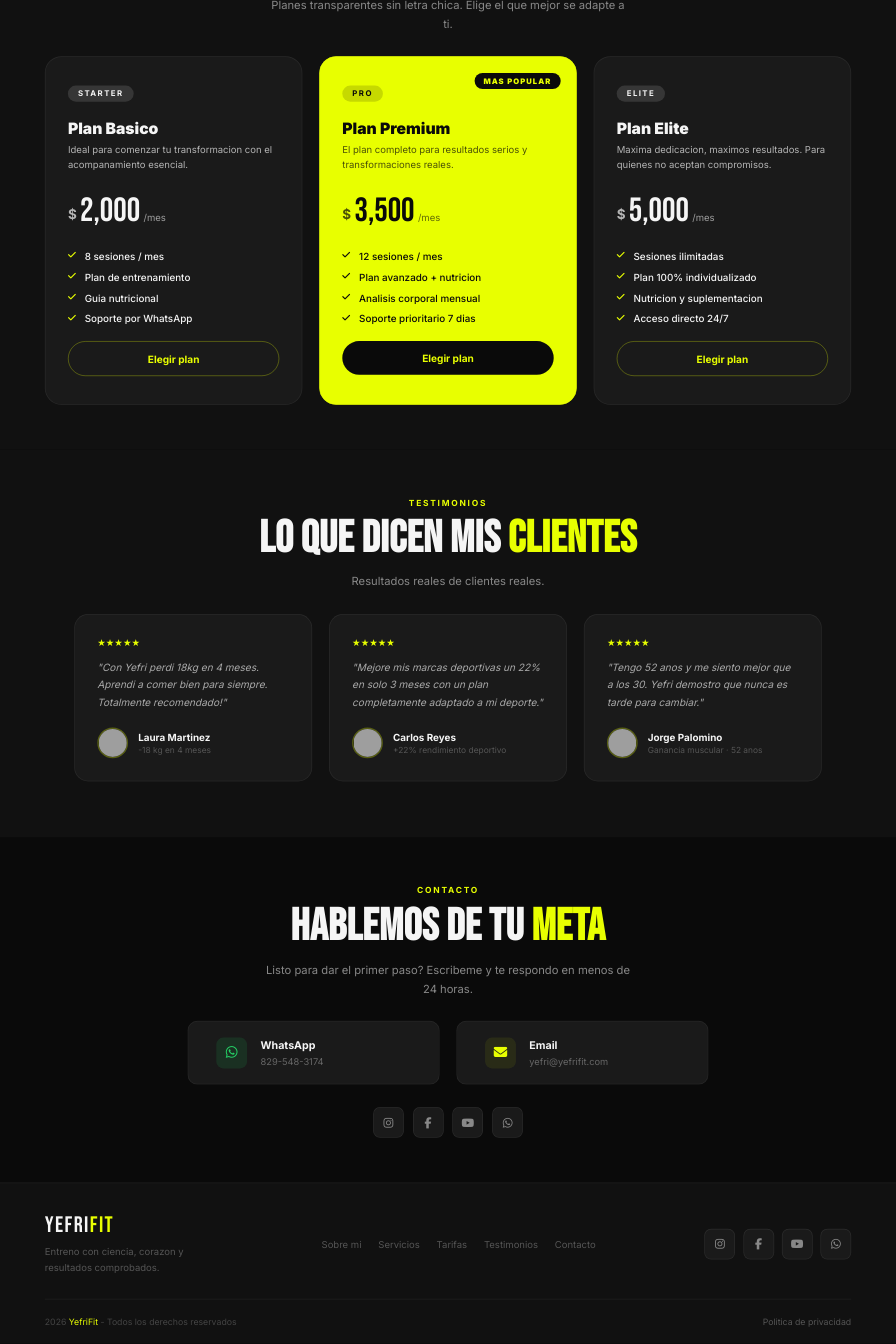
Repository: GravielPV/Yefri-Fit
Page: index.html
These files come from the project's save history. The page is drawn as it stood at one moment and after the next save; the edit follows.
The browser window is 1280 px wide. The pictures show the part of the page from y = 2525 to 4445 px (the page is 4445 px tall), at 70% of full size.
Pictures or frames that could not be fetched are drawn as grey boxes.

Above is the page before, as saved 2026-03-04 22:47:06.

### index.html
<!doctype html>
<html lang="es">
  <head>
    <meta charset="UTF-8" />
    <meta name="viewport" content="width=device-width, initial-scale=1.0" />
    <title>Yefri Fit | Entrenador Personal</title>
    <!-- Fonts -->
    <link
      href="https://fonts.googleapis.com/css2?family=Bebas+Neue&family=Inter:wght@300;400;500;600;700;900&display=swap"
      rel="stylesheet"
    />
    <!-- Icons -->
    <link
      rel="stylesheet"
      href="https://cdnjs.cloudflare.com/ajax/libs/font-awesome/6.5.0/css/all.min.css"
    />
    <!-- Styles -->
    <link rel="stylesheet" href="styles.css" />
  </head>
  <body>
    <!-- NAVBAR -->
    <nav id="navbar">
      <a href="#hero" class="logo">YEFRI<span>FIT</span></a>
      <ul class="nav-links" id="navLinks">
        <li><a href="#about">Sobre mi</a></li>
        <li><a href="#services">Servicios</a></li>
        <li><a href="#pricing">Tarifas</a></li>
        <li><a href="#testimonials">Testimonios</a></li>
        <li><a href="#contact">Contacto</a></li>
      </ul>
      <a href="#contact" class="nav-cta">Empezar ahora</a>
      <div class="hamburger" id="hamburger">
        <span></span><span></span><span></span>
      </div>
    </nav>

    <!-- HERO -->
    <section id="hero">
      <div class="hero-bg"></div>
      <div class="hero-overlay"></div>
      <div class="hero-content">
        <div class="hero-badge">
          <i class="fa-solid fa-bolt"></i>
          Entrenador Personal Certificado
        </div>
        <h1 class="hero-title">
          TRANSFORMA TU <span>CUERPO,</span><br />
          CAMBIA TU VIDA.
        </h1>
        <p class="hero-sub">
          Entrenamiento personalizado, nutricion y mentoria continua. Todo lo
          que necesitas para transformarte de verdad.
        </p>
        <div class="hero-btns">
          <a href="#pricing" class="btn-primary"
            ><i class="fa-solid fa-rocket"></i>Ver tarifas</a
          >
          <a href="#about" class="btn-outline"
            ><i class="fa-solid fa-play"></i>Conoce mas</a
          >
        </div>
      </div>
      <div class="hero-stats">
        <div class="stat-card">
          <div class="stat-num" data-count="500">
            500<span class="suffix">+</span>
          </div>
          <div class="stat-lbl">Clientes<br />transformados</div>
        </div>
        <div class="stat-card">
          <div class="stat-num" data-count="5">5</div>
          <div class="stat-lbl">Anos de<br />experiencia</div>
        </div>
        <div class="stat-card">
          <div class="stat-num" data-count="98">
            98<span class="suffix">%</span>
          </div>
          <div class="stat-lbl">Indice de<br />satisfaccion</div>
        </div>
      </div>
    </section>

    <!-- ABOUT -->
    <section id="about">
      <div class="about-grid">
        <div class="about-img-wrap">
          <video
            class="about-img"
            src="ejercicio.mp4"
            autoplay
            muted
            loop
            playsinline
          ></video>
          <div class="about-badge">
            <div class="num">500+</div>
            <div class="txt">Clientes<br />transformados</div>
          </div>
        </div>
        <div class="about-text">
          <span class="section-tag">Sobre mi</span>
          <h2 class="section-title">YEFRI <span>RODRIGUEZ</span></h2>
          <p class="section-desc">
            Soy entrenador personal certificado con mas de 5 anos de experiencia
            ayudando a personas a alcanzar sus metas fisicas y de salud. No
            vendo promesas: entrego metodologia probada y la motivacion que
            necesitas para no rendirte.
          </p>
          <a href="#contact" class="btn-primary btn-consult">
            <i class="fa-solid fa-calendar-check"></i>Agendar consulta gratuita
          </a>
        </div>
      </div>
    </section>

    <!-- SERVICES -->
    <section id="services">
      <div class="section-header">
        <span class="section-tag">Servicios</span>
        <h2 class="section-title">LO QUE <span>OFREZCO</span></h2>
        <p class="section-desc">
          Una suite completa de servicios para que logres tus objetivos sin
          importar donde estes.
        </p>
      </div>
      <div class="services-grid">
        <div class="service-card">
          <div class="srv-icon"><i class="fa-solid fa-dumbbell"></i></div>
          <h3 class="srv-title">Entrenamiento Presencial</h3>
          <p class="srv-desc">
            Sesiones 1 a 1 con supervision total de tecnica, cargas y
            progresion.
          </p>
        </div>
        <div class="service-card">
          <div class="srv-icon"><i class="fa-solid fa-laptop"></i></div>
          <h3 class="srv-title">Entrenamiento Online</h3>
          <p class="srv-desc">
            Programa personalizado con seguimiento semanal. Entrena desde
            cualquier lugar.
          </p>
        </div>
        <div class="service-card">
          <div class="srv-icon"><i class="fa-solid fa-utensils"></i></div>
          <h3 class="srv-title">Plan Nutricional</h3>
          <p class="srv-desc">
            Estrategia alimentaria adaptada a tus objetivos. Sin dietas
            imposibles.
          </p>
        </div>
        <div class="service-card">
          <div class="srv-icon"><i class="fa-solid fa-people-group"></i></div>
          <h3 class="srv-title">Grupos Reducidos</h3>
          <p class="srv-desc">
            Clases de max. 6 personas con intensidad personalizada a precio
            accesible.
          </p>
        </div>
      </div>
    </section>

    <!-- PRICING -->
    <section id="pricing">
      <div class="section-header">
        <span class="section-tag">Tarifas</span>
        <h2 class="section-title">INVERSION EN <span>TI</span></h2>
        <p class="section-desc">
          Planes transparentes sin letra chica. Elige el que mejor se adapte a
          ti.
        </p>
      </div>
      <div class="pricing-grid">
        <!-- BASICO -->
        <div class="price-card">
          <span class="plan-badge">Starter</span>
          <h3 class="plan-name">Plan Basico</h3>
          <p class="plan-desc">
            Ideal para comenzar tu transformacion con el acompanamiento
            esencial.
          </p>
          <div class="plan-price">
            <span class="price-curr">$</span>
            <span class="price-amount">2,000</span>
            <span class="price-per">/mes</span>
          </div>
          <ul class="plan-features">
            <li><i class="fa-solid fa-check"></i> 8 sesiones / mes</li>
            <li><i class="fa-solid fa-check"></i> Plan de entrenamiento</li>
            <li><i class="fa-solid fa-check"></i> Guia nutricional</li>
            <li><i class="fa-solid fa-check"></i> Soporte por WhatsApp</li>
          </ul>
          <a href="#contact" class="btn-plan">Elegir plan</a>
        </div>
        <!-- PREMIUM -->
        <div class="price-card featured">
          <span class="popular-tag">Mas popular</span>
          <span class="plan-badge">Pro</span>
          <h3 class="plan-name">Plan Premium</h3>
          <p class="plan-desc">
            El plan completo para resultados serios y transformaciones reales.
          </p>
          <div class="plan-price">
            <span class="price-curr">$</span>
            <span class="price-amount">3,500</span>
            <span class="price-per">/mes</span>
          </div>
          <ul class="plan-features">
            <li><i class="fa-solid fa-check"></i> 12 sesiones / mes</li>
            <li><i class="fa-solid fa-check"></i> Plan avanzado + nutricion</li>
            <li><i class="fa-solid fa-check"></i> Analisis corporal mensual</li>
            <li>
              <i class="fa-solid fa-check"></i> Soporte prioritario 7 dias
            </li>
          </ul>
          <a href="#contact" class="btn-plan">Elegir plan</a>
        </div>
        <!-- ELITE -->
        <div class="price-card">
          <span class="plan-badge">Elite</span>
          <h3 class="plan-name">Plan Elite</h3>
          <p class="plan-desc">
            Maxima dedicacion, maximos resultados. Para quienes no aceptan
            compromisos.
          </p>
          <div class="plan-price">
            <span class="price-curr">$</span>
            <span class="price-amount">5,000</span>
            <span class="price-per">/mes</span>
          </div>
          <ul class="plan-features">
            <li><i class="fa-solid fa-check"></i> Sesiones ilimitadas</li>
            <li><i class="fa-solid fa-check"></i> Plan 100% individualizado</li>
            <li>
              <i class="fa-solid fa-check"></i> Nutricion y suplementacion
            </li>
            <li><i class="fa-solid fa-check"></i> Acceso directo 24/7</li>
          </ul>
          <a href="#contact" class="btn-plan">Elegir plan</a>
        </div>
      </div>
    </section>

    <!-- TESTIMONIALS -->
    <section id="testimonials">
      <div class="section-header">
        <span class="section-tag">Testimonios</span>
        <h2 class="section-title">LO QUE DICEN MIS <span>CLIENTES</span></h2>
        <p class="section-desc">Resultados reales de clientes reales.</p>
      </div>
      <div class="testimonials-track">
        <div class="testimonial-card">
          <div class="t-stars">&#9733;&#9733;&#9733;&#9733;&#9733;</div>
          <p class="t-text">
            "Con Yefri perdi 18kg en 4 meses. Aprendi a comer bien para siempre.
            Totalmente recomendado!"
          </p>
          <div class="t-author">
            <img
              src="https://randomuser.me/api/portraits/women/44.jpg"
              class="t-avatar"
              alt="Laura M."
            />
            <div>
              <div class="t-name">Laura Martinez</div>
              <div class="t-goal">-18 kg en 4 meses</div>
            </div>
          </div>
        </div>
        <div class="testimonial-card">
          <div class="t-stars">&#9733;&#9733;&#9733;&#9733;&#9733;</div>
          <p class="t-text">
            "Mejore mis marcas deportivas un 22% en solo 3 meses con un plan
            completamente adaptado a mi deporte."
          </p>
          <div class="t-author">
            <img
              src="https://randomuser.me/api/portraits/men/32.jpg"
              class="t-avatar"
              alt="Carlos R."
            />
            <div>
              <div class="t-name">Carlos Reyes</div>
              <div class="t-goal">+22% rendimiento deportivo</div>
            </div>
          </div>
        </div>
        <div class="testimonial-card">
          <div class="t-stars">&#9733;&#9733;&#9733;&#9733;&#9733;</div>
          <p class="t-text">
            "Tengo 52 anos y me siento mejor que a los 30. Yefri demostro que
            nunca es tarde para cambiar."
          </p>
          <div class="t-author">
            <img
              src="https://randomuser.me/api/portraits/men/75.jpg"
              class="t-avatar"
              alt="Jorge P."
            />
            <div>
              <div class="t-name">Jorge Palomino</div>
              <div class="t-goal">Ganancia muscular · 52 anos</div>
            </div>
          </div>
        </div>
      </div>
    </section>

    <!-- CONTACT -->
    <section id="contact">
      <div class="section-header">
        <span class="section-tag">Contacto</span>
        <h2 class="section-title">HABLEMOS DE TU <span>META</span></h2>
        <p class="section-desc">
          Listo para dar el primer paso? Escribeme y te respondo en menos de 24
          horas.
        </p>
      </div>
      <div class="contact-cards">
        <a
          href="https://wa.me/18295483174"
          target="_blank"
          class="contact-card contact-card--wa"
        >
          <div class="c-icon"><i class="fa-brands fa-whatsapp"></i></div>
          <div class="c-info">
            <strong>WhatsApp</strong>
            <span>829-548-3174</span>
          </div>
        </a>
        <a href="mailto:yefri@yefrifit.com" class="contact-card">
          <div class="c-icon"><i class="fa-solid fa-envelope"></i></div>
          <div class="c-info">
            <strong>Email</strong>
            <span>yefri@yefrifit.com</span>
          </div>
        </a>
      </div>
      <div class="contact-social">
        <a
          href="https://www.instagram.com/yefri_rs07/"
          target="_blank"
          class="social-btn"
          aria-label="Instagram"
          ><i class="fa-brands fa-instagram"></i
        ></a>
        <a
          href="https://www.facebook.com/Neniskii/"
          target="_blank"
          class="social-btn"
          aria-label="Facebook"
          ><i class="fa-brands fa-facebook-f"></i
        ></a>
        <a href="#" class="social-btn" aria-label="YouTube"
          ><i class="fa-brands fa-youtube"></i
        ></a>
        <a
          href="https://wa.me/18295483174"
          target="_blank"
          class="social-btn"
          aria-label="WhatsApp"
          ><i class="fa-brands fa-whatsapp"></i
        ></a>
      </div>
    </section>

    <!-- FOOTER -->
    <footer>
      <div class="footer-simple">
        <div class="footer-brand">
          <div class="logo">YEFRI<span>FIT</span></div>
          <p>Entreno con ciencia, corazon y resultados comprobados.</p>
        </div>
        <div class="footer-links">
          <a href="#about">Sobre mi</a>
          <a href="#services">Servicios</a>
          <a href="#pricing">Tarifas</a>
          <a href="#testimonials">Testimonios</a>
          <a href="#contact">Contacto</a>
        </div>
        <div class="footer-social">
          <a
            href="https://www.instagram.com/yefri_rs07/"
            target="_blank"
            class="social-btn"
            aria-label="Instagram"
            ><i class="fa-brands fa-instagram"></i
          ></a>
          <a
            href="https://www.facebook.com/Neniskii/"
            target="_blank"
            class="social-btn"
            aria-label="Facebook"
            ><i class="fa-brands fa-facebook-f"></i
          ></a>
          <a href="#" class="social-btn" aria-label="YouTube"
            ><i class="fa-brands fa-youtube"></i
          ></a>
          <a href="#" class="social-btn" aria-label="WhatsApp"
            ><i class="fa-brands fa-whatsapp"></i
          ></a>
        </div>
      </div>
      <div class="footer-bottom">
        <p>2026 <span>YefriFit</span> - Todos los derechos reservados</p>
        <a href="#">Politica de privacidad</a>
      </div>
    </footer>

    <!-- FLOATING WHATSAPP -->
    <a
      href="https://wa.me/18295483174"
      target="_blank"
      class="whatsapp-float"
      title="Escribenos en WhatsApp"
    >
      <i class="fa-brands fa-whatsapp"></i>
    </a>

    <!-- TOAST -->
    <div class="toast" id="toast" role="status" style="display: none">
      <i class="fa-solid fa-check"></i> Mensaje enviado con exito!
    </div>

    <!-- Scripts -->
    <script src="main.js"></script>
  </body>
</html>

Loaded but not shown: main.js (99 lines, source omitted); styles.css (927 lines, source omitted)

After the next save:
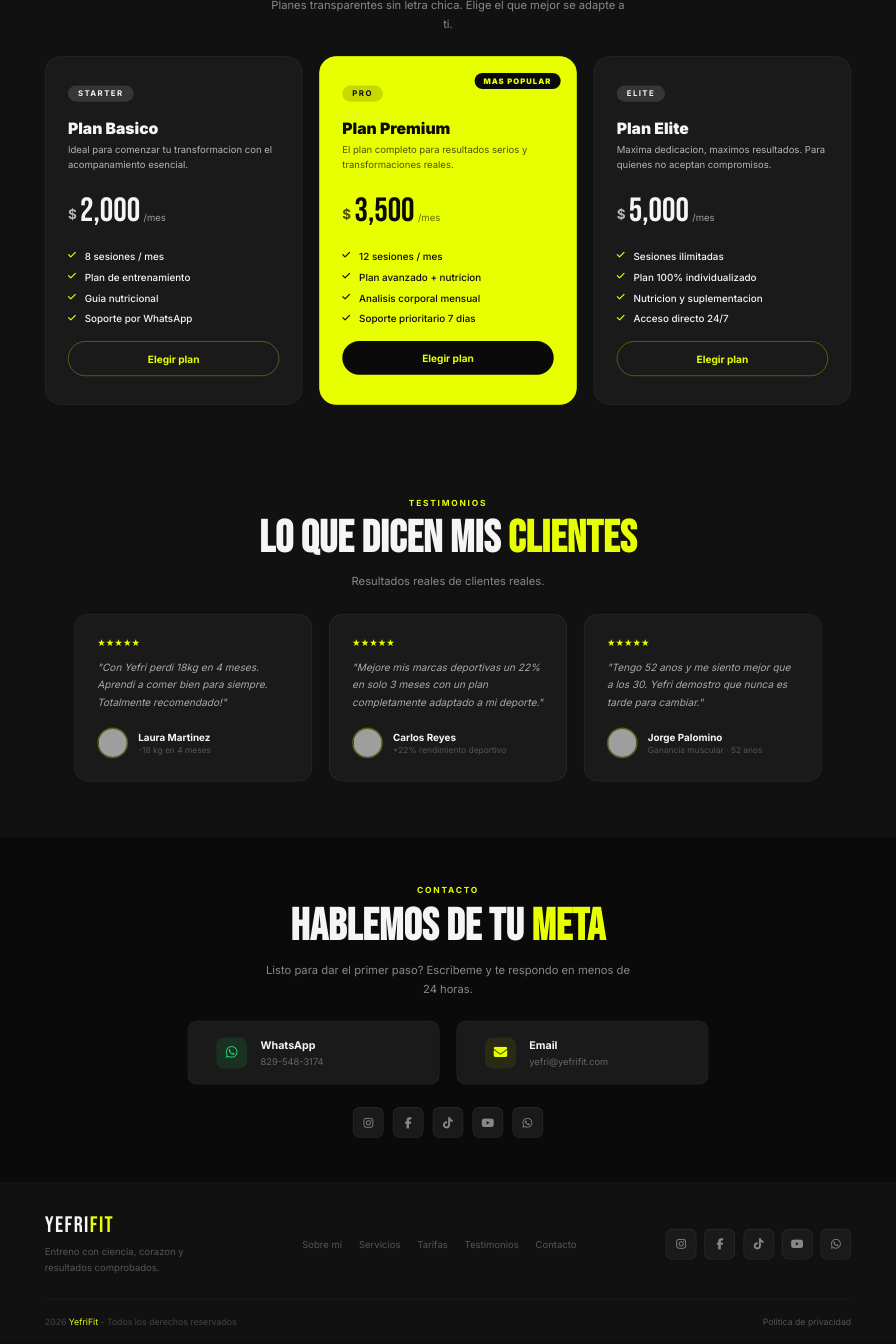
Saved 40 s later.
--- a/index.html
+++ b/index.html
@@ -350,6 +350,9 @@
           aria-label="Facebook"
           ><i class="fa-brands fa-facebook-f"></i
         ></a>
+        <a href="#" class="social-btn" aria-label="TikTok"
+          ><i class="fa-brands fa-tiktok"></i
+        ></a>
         <a href="#" class="social-btn" aria-label="YouTube"
           ><i class="fa-brands fa-youtube"></i
         ></a>
@@ -392,6 +395,9 @@
             aria-label="Facebook"
             ><i class="fa-brands fa-facebook-f"></i
           ></a>
+          <a href="#" class="social-btn" aria-label="TikTok"
+            ><i class="fa-brands fa-tiktok"></i
+          ></a>
           <a href="#" class="social-btn" aria-label="YouTube"
             ><i class="fa-brands fa-youtube"></i
           ></a>
